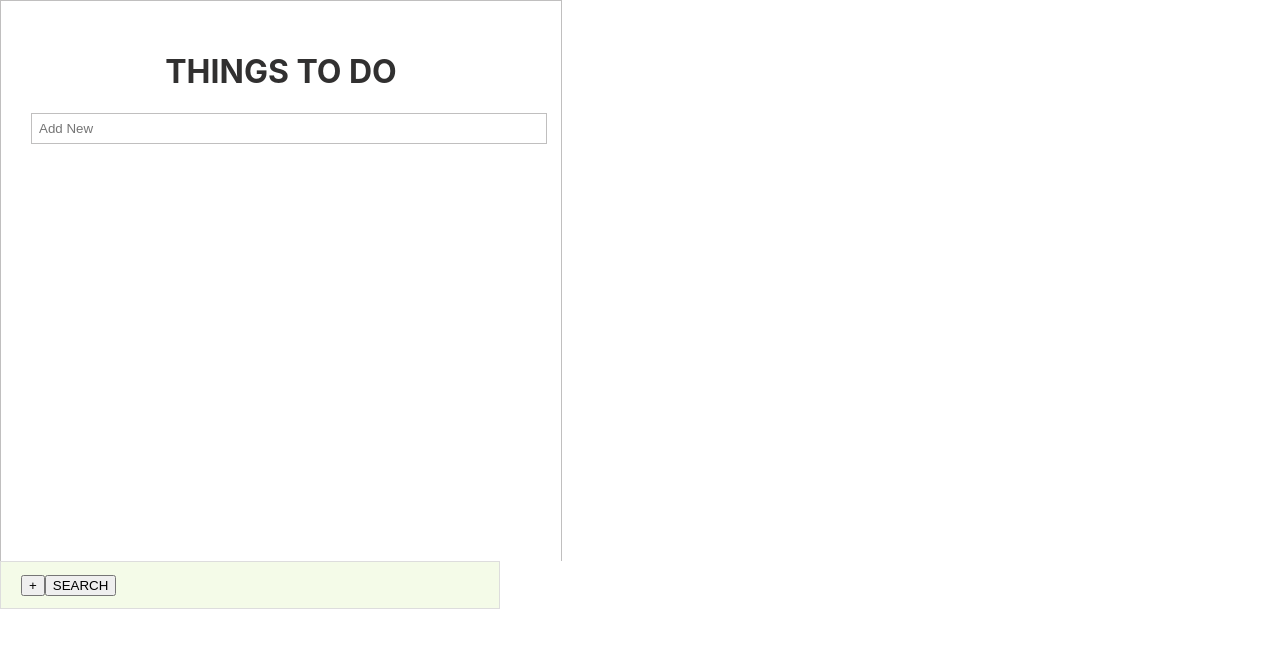
Repository: kirangautam45/To-Do-Application
Page: /
An editor plug-in stored every save of this project. The page is shown before and after a run of saves, followed by the edit.
The browser window is 1280 px wide. The pictures show the whole page.
The project was rebuilt for these pictures with package versions that can differ from the ones it lists, and the page was loaded fresh each time.

Above is the page before, as saved 2022-08-11 12:10:22.

After the next 4 saves:
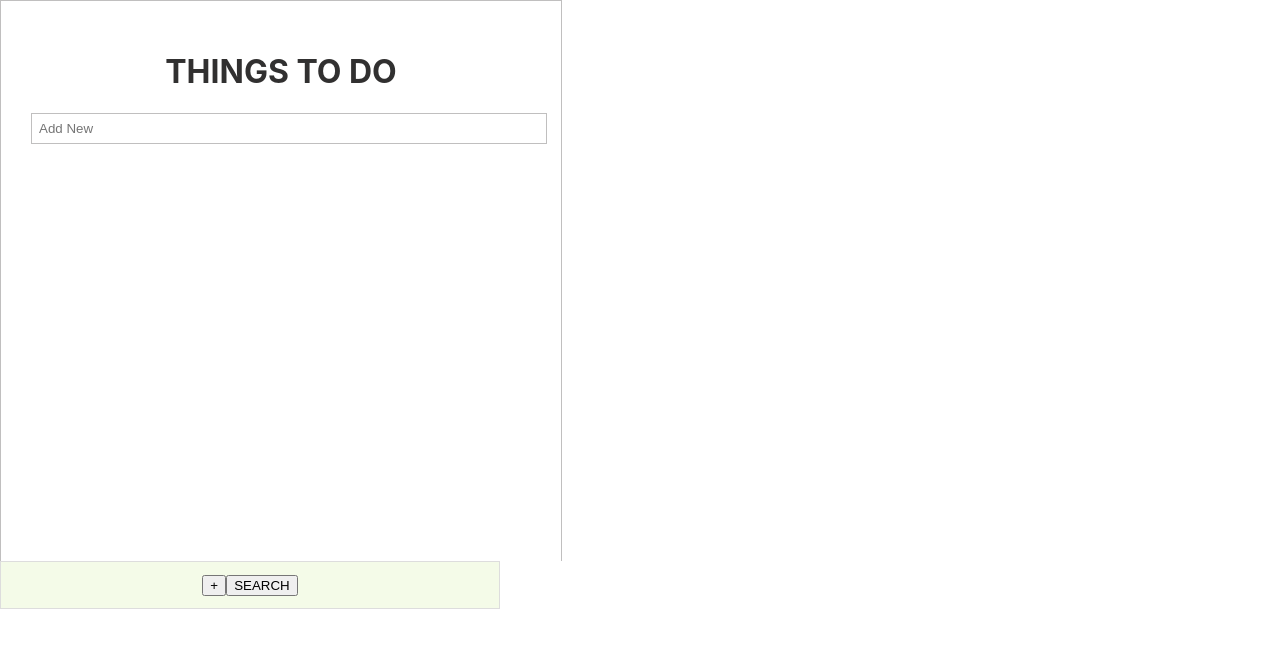
The 4 saves are shown as one change because they came seconds apart.
The last was saved 3 min 29 s later.
--- a/src/App.css
+++ b/src/App.css
@@ -3,6 +3,8 @@
   width: 500px;
 /* margin: 30px auto; */
 display: 'flex';
+text-align: center;
+
 
 }
 .Header{
